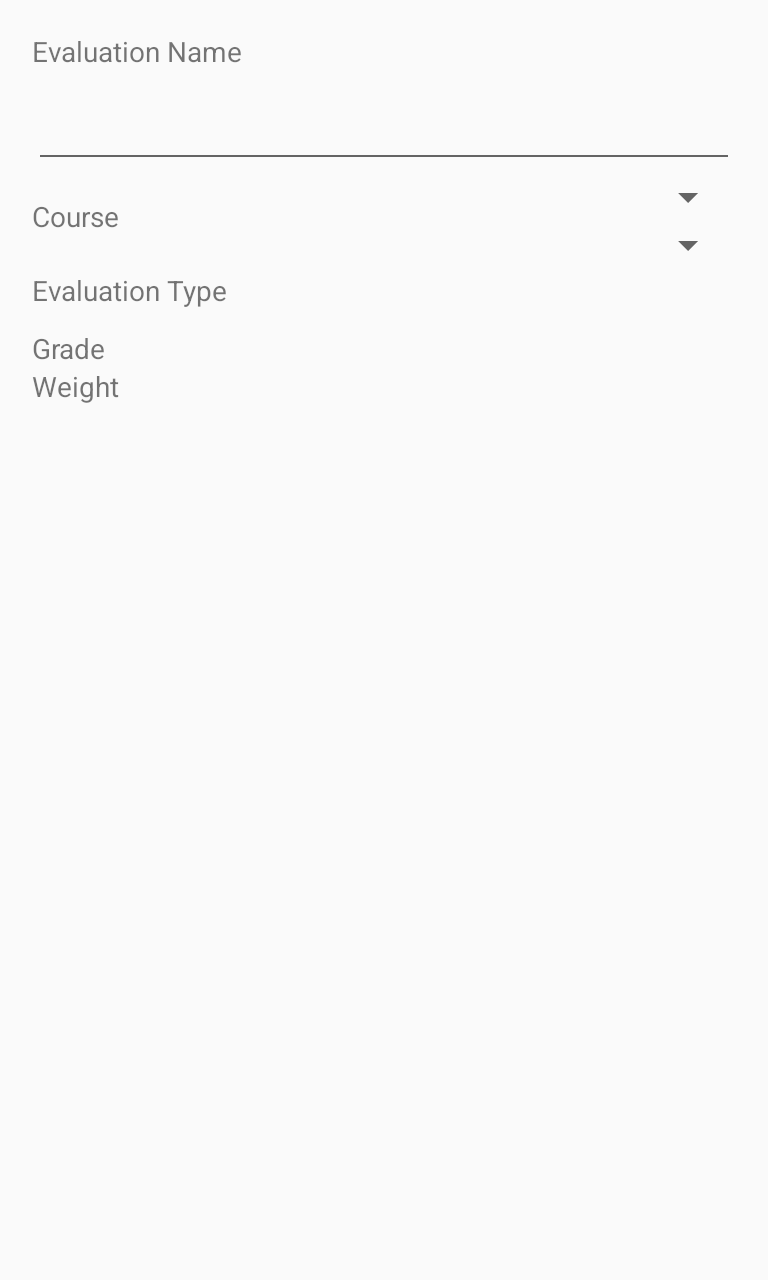
Repository: Tenergy05/GradePlanner
Layout: GradePlanner/res/layout/activity_add_mark.xml
The author's editor kept a copy of each file at every save. The layout is drawn from the files as they stood at one save, then again after the next save.
It is drawn on a 768 x 1280 px phone screen (xhdpi) without system bars, with theme AppTheme; the app's code is not run.

Above is the layout before, as saved 2014-12-30 21:25:26.

After the next save:
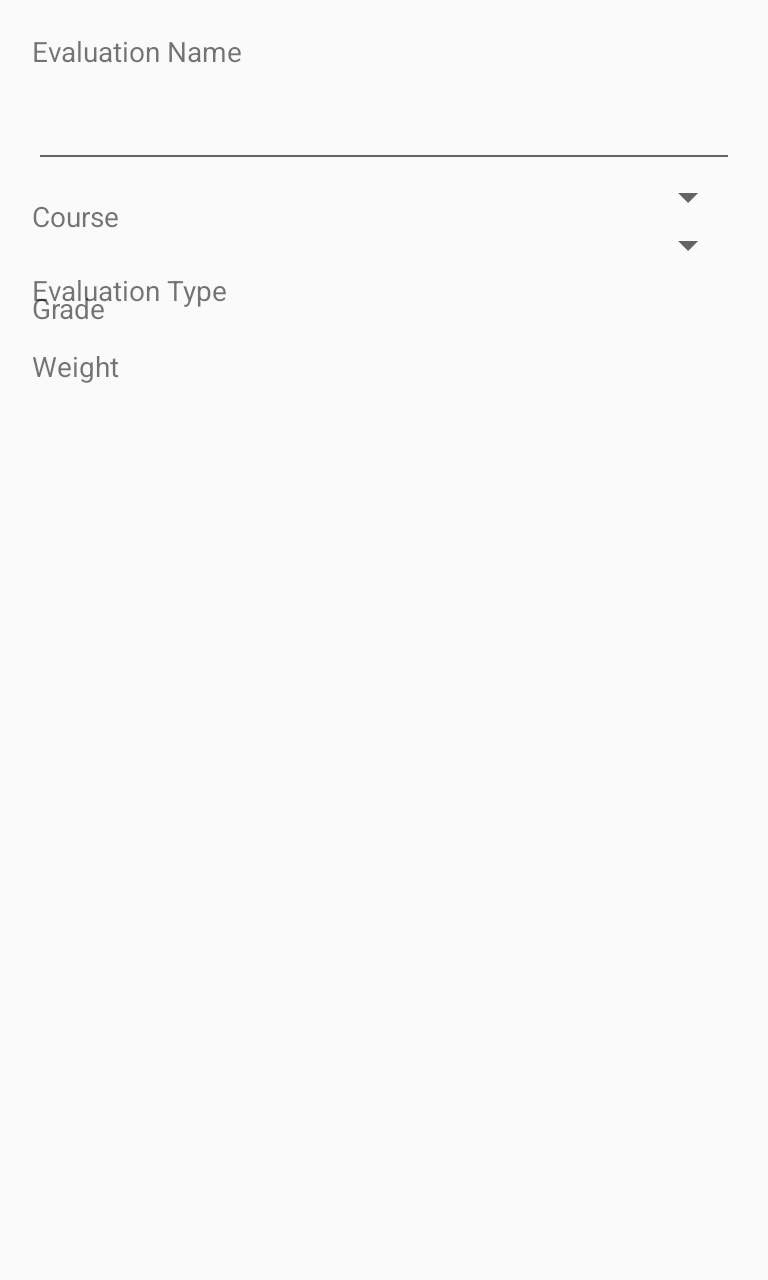
Saved 35 s later.
--- a/GradePlanner/res/layout/activity_add_mark.xml
+++ b/GradePlanner/res/layout/activity_add_mark.xml
@@ -65,7 +65,7 @@
         android:layout_height="wrap_content"
         android:layout_alignLeft="@+id/spinner2"
         android:layout_below="@+id/spinner2"
-        android:layout_marginTop="30dp"
+        android:layout_marginTop="10dp"
         android:text="@string/grade" />
 
     <TextView
@@ -74,6 +74,7 @@
         android:layout_height="wrap_content"
         android:layout_alignLeft="@+id/textView4"
         android:layout_below="@+id/textView4"
+        android:layout_marginTop="10dp"
         android:text="@string/weight" />
 
 </RelativeLayout>
